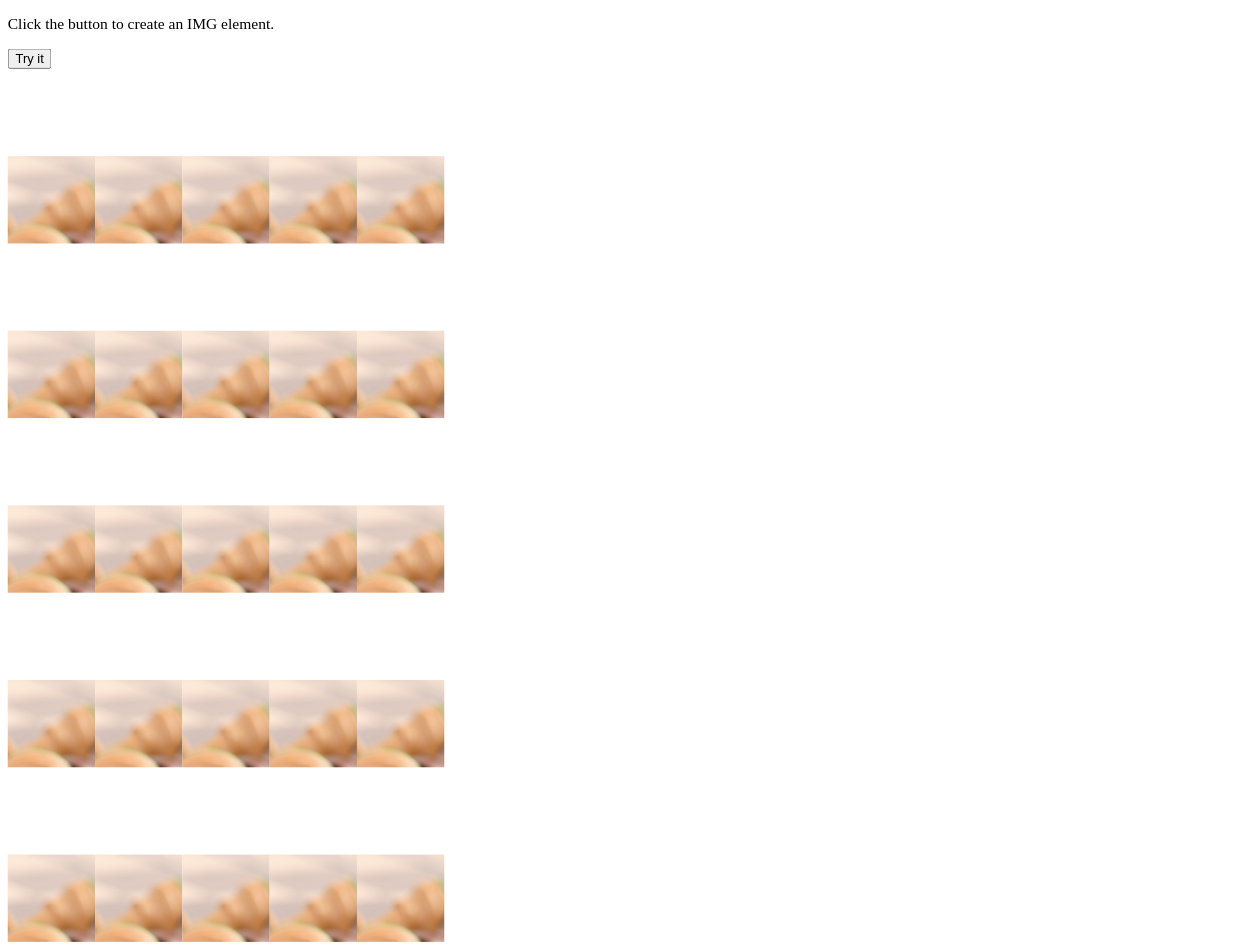
Repository: rashmikagamage/puzzle-vanila-js
Page: index.html
These files come from the project's save history. The page is drawn as it stood at one moment and after the next save; the edit follows.
The browser window is 1280 px wide. The pictures show the whole page, at 97% of full size.

Above is the page before, as saved 2020-08-05 22:38:27.

After the next save:
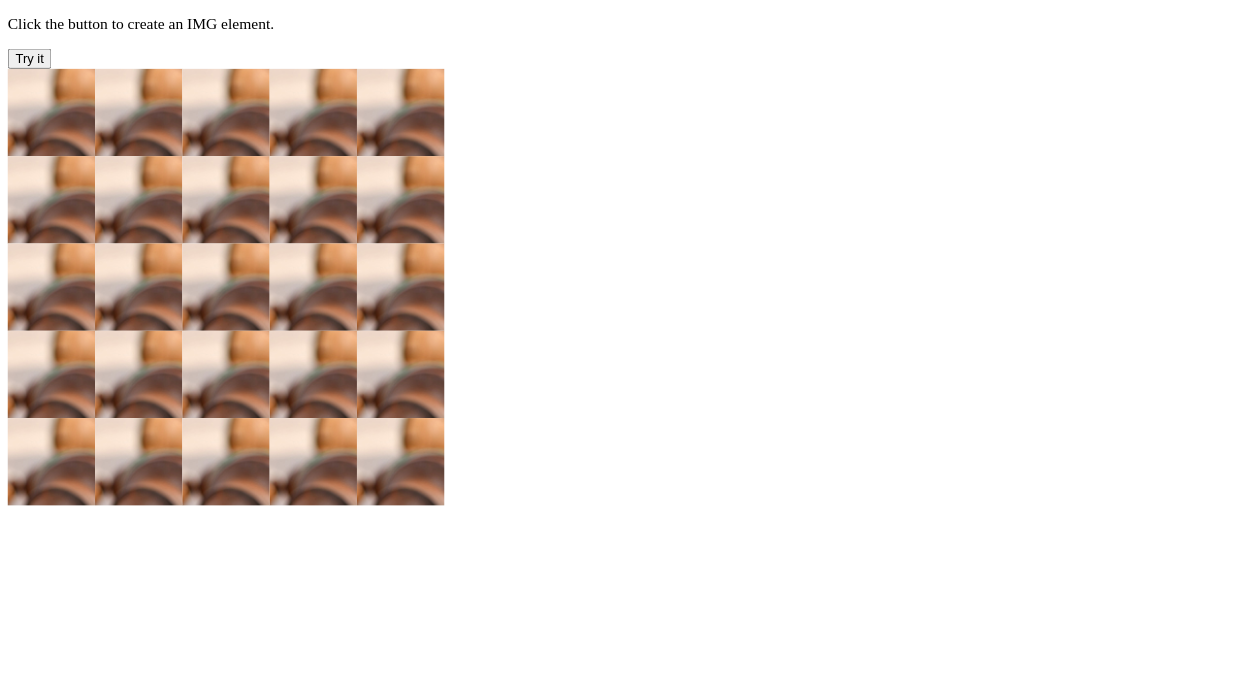
Saved 48 s later.
--- a/function.js
+++ b/function.js
@@ -6,8 +6,8 @@
     let row = num;
     let col = num;
     let idCount = 0
-    let xPosition = 80;
-    let yPosition = 80;
+    let xPosition = 20;
+    let yPosition = 0;
     console.log(cellSize)
 
     for (let i = 0; i < num; i++) {
@@ -27,7 +27,6 @@
             x.style.height = cellSize;
             x.style.backgroundImage = "url('./chess.jpg')"
             x.style.backgroundPosition = xPosition + "% " + yPosition + "%"
-            x.style.marginTop = "90px";
             x.id = "img" + idCount;
             document.getElementById("imgContainer").appendChild(x);
             // yPosition = yPosition + (100/num);
